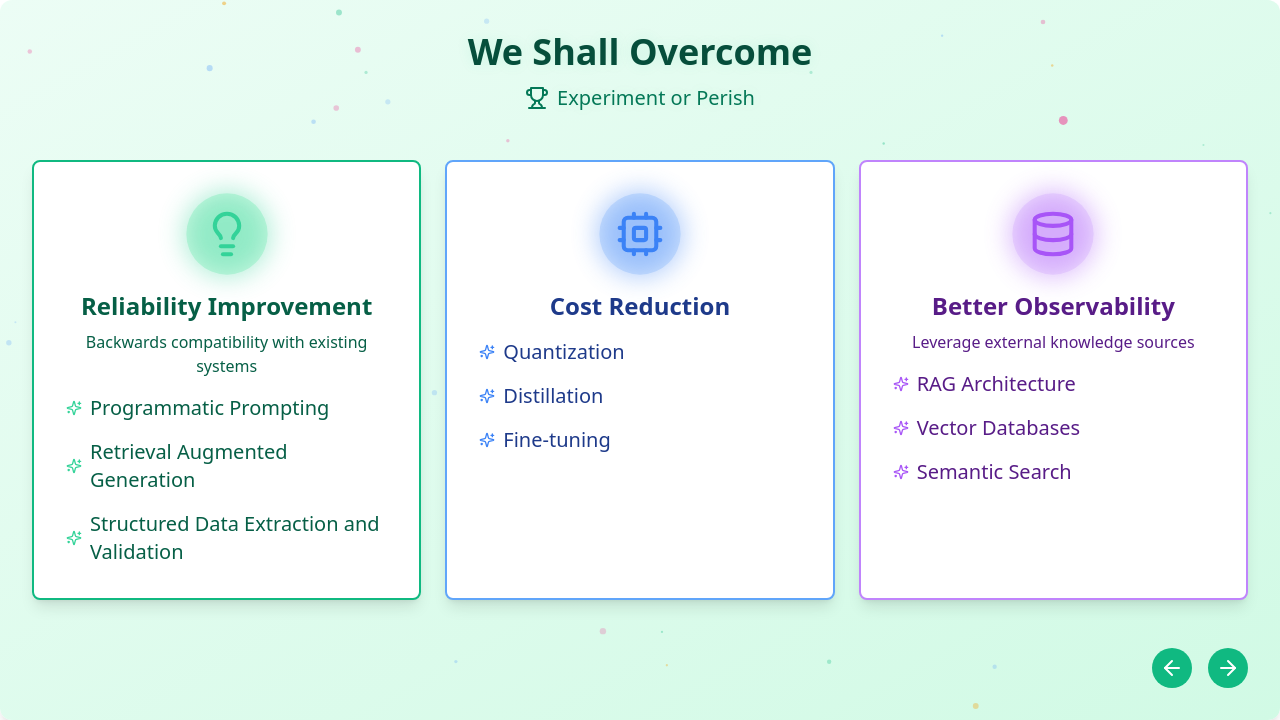
Repository: Galbaz1/dell_presentation
Page: /slide5
The author's editor kept a copy of each file at every save. The page is drawn from the files as they stood at one save, then again after the next save.
The browser window is 1280 px wide. The pictures show the whole page.
The project was rebuilt for these pictures with package versions that can differ from the ones it lists, and the page was loaded fresh each time. The framework's server and built-in components were replaced by stand-ins that run in the browser. Also part of the build but not shown: styles/animations/slide1.css, styles/animations/slide2.css.

Above is the page before, as saved 2024-11-12 14:32:53.

After the next save:
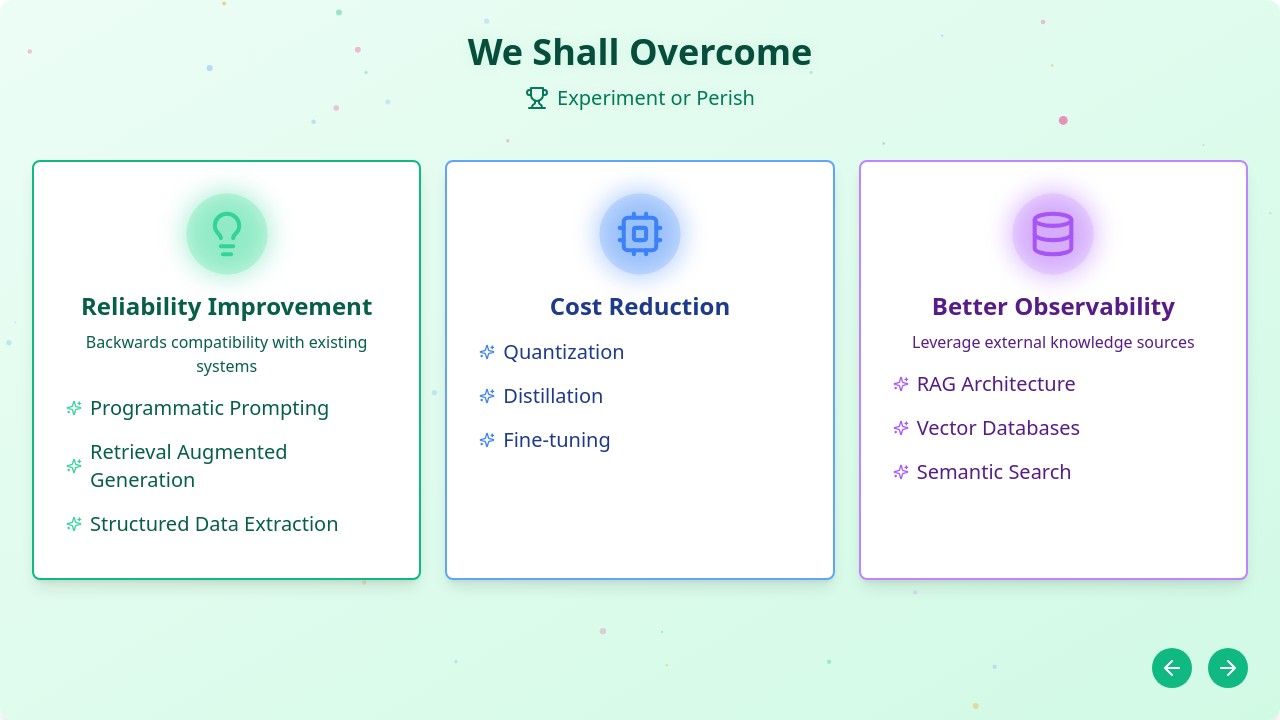
Saved 19 s later.
--- a/pages/slide5.tsx
+++ b/pages/slide5.tsx
@@ -74,7 +74,7 @@ const Slide5: React.FC = () => {
       items: [
         "Programmatic Prompting",
         "Retrieval Augmented Generation",
-        "Structured Data Extraction and Validation"
+        "Structured Data Extraction"
       ]
     },
     {
